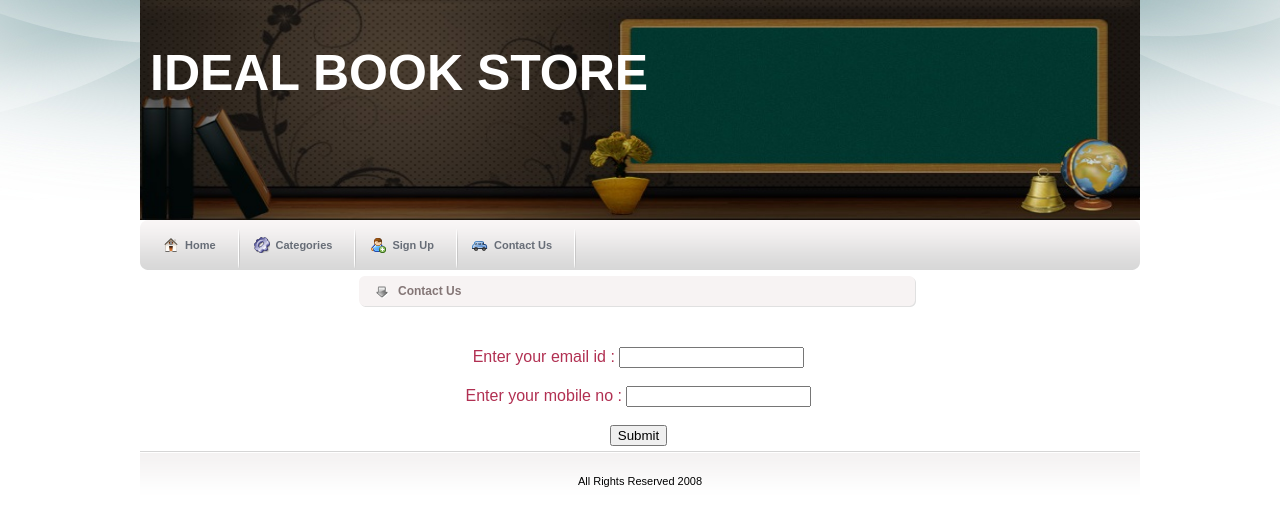
Repository: tusharjain887/Online-Book-Sales
Page: http://localhost/OnlineBook/forgotpassword.jsp
An editor plug-in stored every save of this project. The page is shown before and after the next save, followed by the edit.
The browser window is 1280 px wide. The pictures show the whole page.
The page is served by Tomcat 9.

Above is the page before, as saved 2013-04-08 13:07:02.

After the next save:
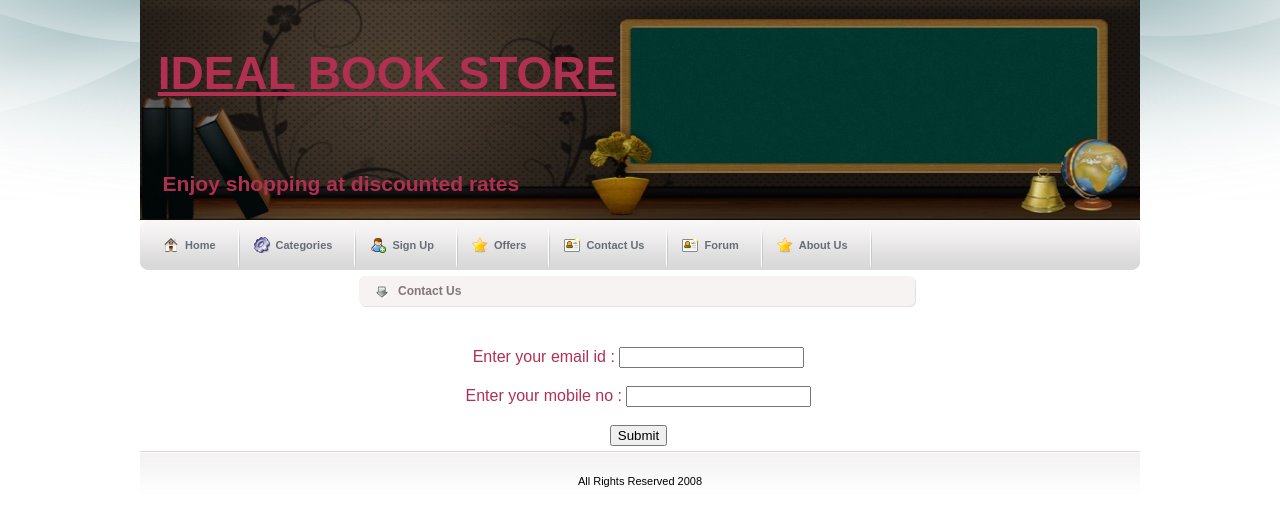
Saved 2 min 48 s later.
--- a/PROJECT/workspace/workspace/OnlineBook/WebContent/forgotpassword.jsp
+++ b/PROJECT/workspace/workspace/OnlineBook/WebContent/forgotpassword.jsp
@@ -1,7 +1,11 @@
+<%@ page import="java.sql.*"%>
+<%@ page import="java.io.*"%>
+<%@ page import="java.util.*"%>
+<%@ page import="java.lang.*"%>
 <!DOCTYPE html PUBLIC "-//W3C//DTD XHTML 1.0 Transitional//EN" "http://www.w3.org/TR/xhtml1/DTD/xhtml1-transitional.dtd">
 <html xmlns="http://www.w3.org/1999/xhtml">
 <head>
-<title>Ideal Book Store</title>
+<title>Categories</title>
 <meta http-equiv="Content-Type" content="text/html; charset=windows-1252" />
 <link rel="stylesheet" type="text/css" href="style.css" />
 <!--[if IE 6]>
@@ -11,19 +15,25 @@
 </head>
 <body>
 <div id="main_container">
-  <div class="top_bar">
+
   <div id="header">
-  <div style="float:right;font-size:14px;">
+  <div class="logout">
  <%  Object c=session.getAttribute("username");
 if(c!=null)
 	{
 	out.print("Welcome  " +session.getAttribute("username").toString());
-	out.print(" ,  <a href='logout.jsp'>Logout</a>");
+	%>
+	&nbsp<a href='myprofile.jsp'>Profile</a>
+	&nbsp<a href='logout.jsp'>Logout</a>
+	<%
 	}
 	%>
 	</div>
-   <div  style="padding:10px;font-size:25px;color: #FFF;"><h1>IDEAL BOOK STORE</h1></div>
+	<div class="leftcontent"><h1>&nbsp<u>IDEAL BOOK STORE</u></h1></div>
+    <div class="leftdowncontent"><h3>&nbsp&nbsp&nbspEnjoy shopping at discounted rates</h3></div>
+
   </div>
+
   <div id="main_content">
     <div id="menu_tab">
       <div class="left_menu_corner"></div>
@@ -38,16 +48,27 @@ if(c!=null)
         %><li><a href="registration.html" class="nav4">Sign Up</a></li>
         <li class="divider"></li>
         <%
-        }%>
-        <li><a href="contact.jsp" class="nav5">Contact Us</a></li>
+        }
+        %>
+        <li><a href="news.jsp" class="nav3">Offers</a></li>
         <li class="divider"></li>
+        <li><a href="contact.jsp" class="nav6">Contact Us</a></li>
+        <li class="divider"></li>
+        <li><a href="forum.jsp" class="nav6">Forum</a></li>
+        <li class="divider"></li>
+        <li><a href="aboutus.jsp" class="nav3">About Us</a></li>
+        <li class="divider"></li>
+
       </ul>
       <div class="right_menu_corner"></div>
     </div>
     <!-- end of menu tab -->
     <div class="left_content">
      <br><br><br>
-    </div>
+
+      </div>
+
+
     <!-- end of left content -->
     <div class="center_content">
       <div class="center_title_bar">Contact Us</div>
